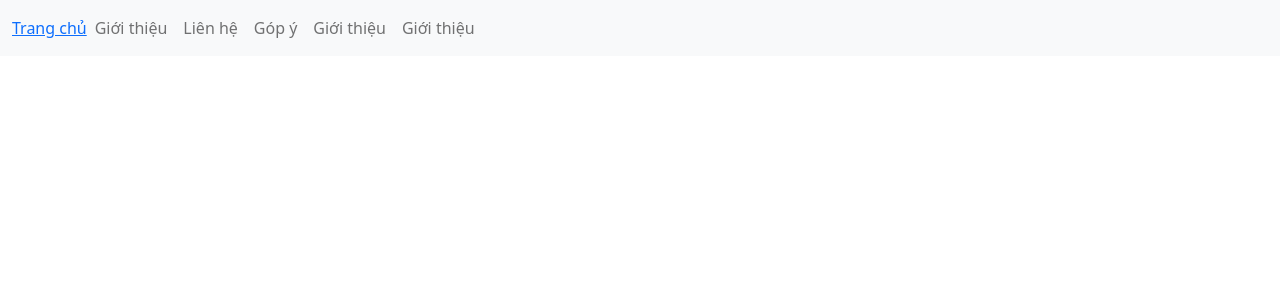
Repository: minhtu5502/fontendFamework
Page: lab1/index.html
The author's editor kept a copy of each file at every save. The page is drawn from the files as they stood at one save, then again after a run of saves.
The browser window is 1280 px wide. The pictures show the whole page.

Above is the page before, as saved 2022-01-06 15:55:33.

### lab1/index.html
<!DOCTYPE html>
<html lang="en">
<head>
    <meta charset="UTF-8">
    <meta http-equiv="X-UA-Compatible" content="IE=edge">
    <meta name="viewport" content="width=device-width, initial-scale=1.0">
    <title>IT16313</title>
    <!-- Style -->
    <link rel="stylesheet" href="css/bootstrap.min.css" />
</head>
<body>
    <div class="container-fluid" id="navbar">
        <header class="row">
            <div class="container">
                <div class="row bg-white" >
                    <div class="col-6">
                        <span></span>
                    </div>

                    <div class="col-6"></div>
                </div>
            </div>
        </header>
        <nav class="row navbar navbar-expand-lg navbar-light bg-light">
            <div class="container-fluid">
                <a href="" class="nav-item c">Trang chủ</a>
                <div class="collapse navbar-collapse">
                    <ul class="navbar-nav me-auto" >
                        <li class="nav-item">
                            <a class="nav-link" href="">Giới thiệu</a>
                        </li>
                        <li class="nav-item">
                            <a class="nav-link" href="">Liên hệ</a>
                        </li>
                        <li class="nav-item">
                            <a class="nav-link" href="">Góp ý</a>
                        </li>
                        <li class="nav-item">
                            <a class="nav-link" href="">Giới thiệu</a>
                        </li>
                        <li class="nav-item">
                            <a class="nav-link" href="">Giới thiệu</a>
                        </li>
                    </ul>

                </div>
            </div>
        </nav>
    </div>
    <!-- Script -->
    <script src="js/jquery.min.js"></script>
    <script src="js/popper.min.js"></script>
    <script src="js/bootstrap.min.js"></script>
</body>
</html>

Loaded but not shown: lab1/css/bootstrap.min.css (library); lab1/js/jquery.min.js (library); lab1/js/popper.min.js (library); lab1/js/bootstrap.min.js (library)

After the next 3 saves:
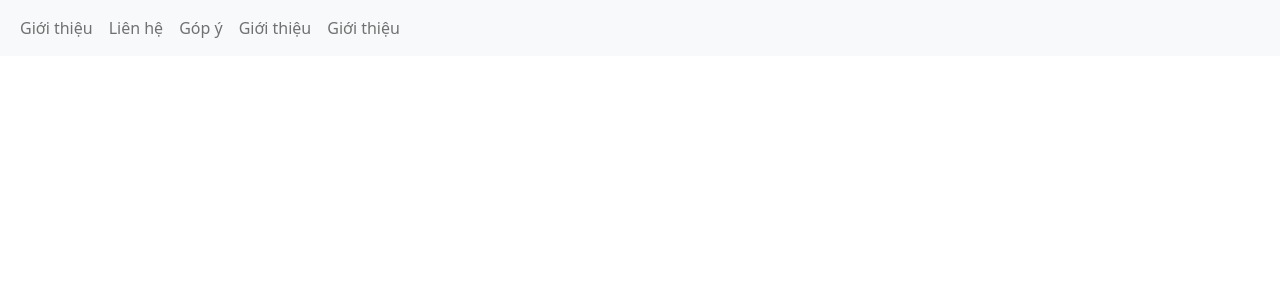
The 3 saves are shown as one change because they came seconds apart.
The last was saved 11 s later.
--- a/lab1/index.html
+++ b/lab1/index.html
@@ -23,7 +23,7 @@
         </header>
         <nav class="row navbar navbar-expand-lg navbar-light bg-light">
             <div class="container-fluid">
-                <a href="" class="nav-item c">Trang chủ</a>
+                <a href="" class="nav-item collapse">Trang chủ</a>
                 <div class="collapse navbar-collapse">
                     <ul class="navbar-nav me-auto" >
                         <li class="nav-item">
